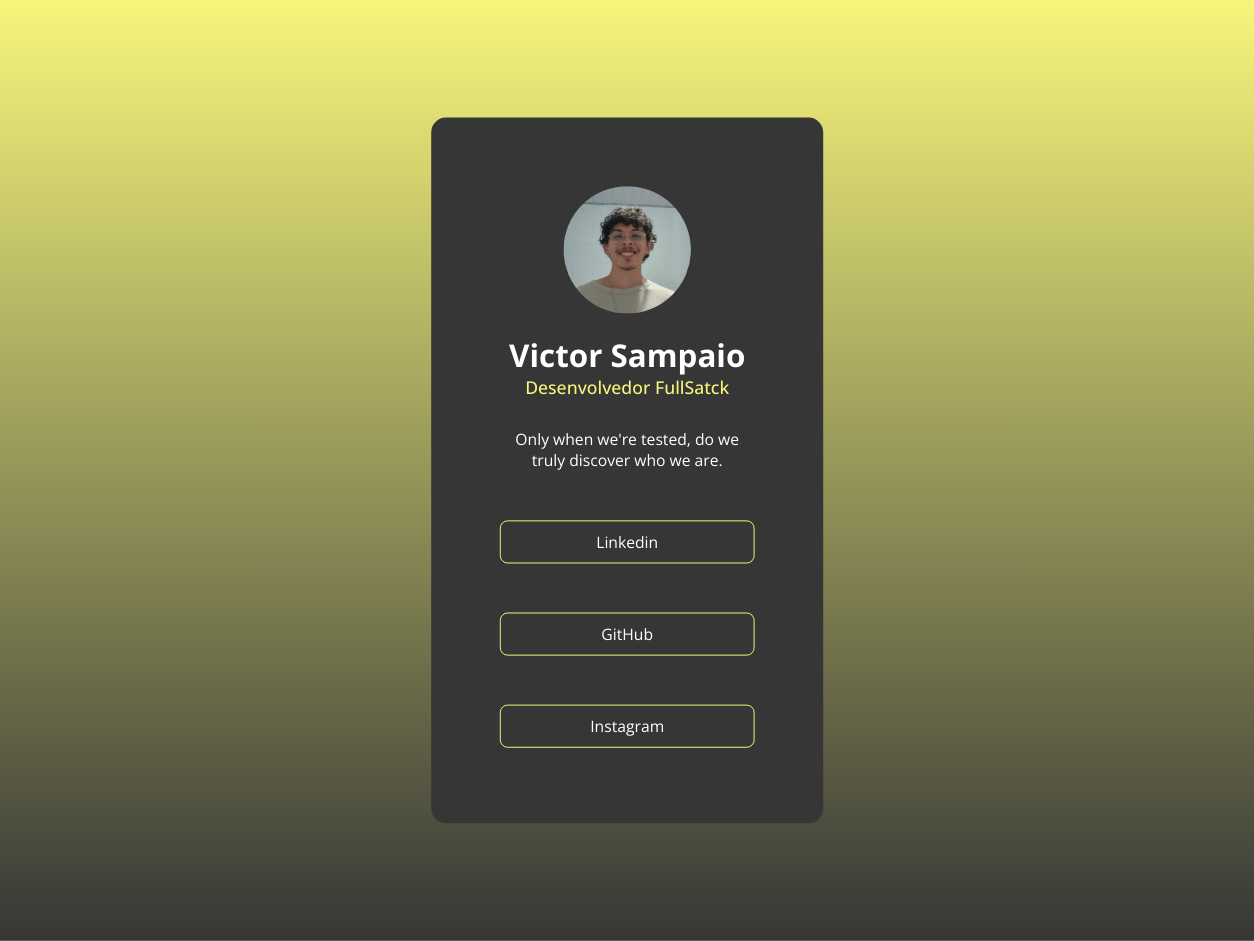
Repository: VictorSampaioDev/linkthree-gt9
Page: index.html
The author's editor kept a copy of each file at every save. The page is drawn from the files as they stood at one save, then again after the next save.
The browser window is 1280 px wide. The pictures show the whole page, at 98% of full size.

Above is the page before, as saved 2025-04-11 10:12:11.

After the next save:
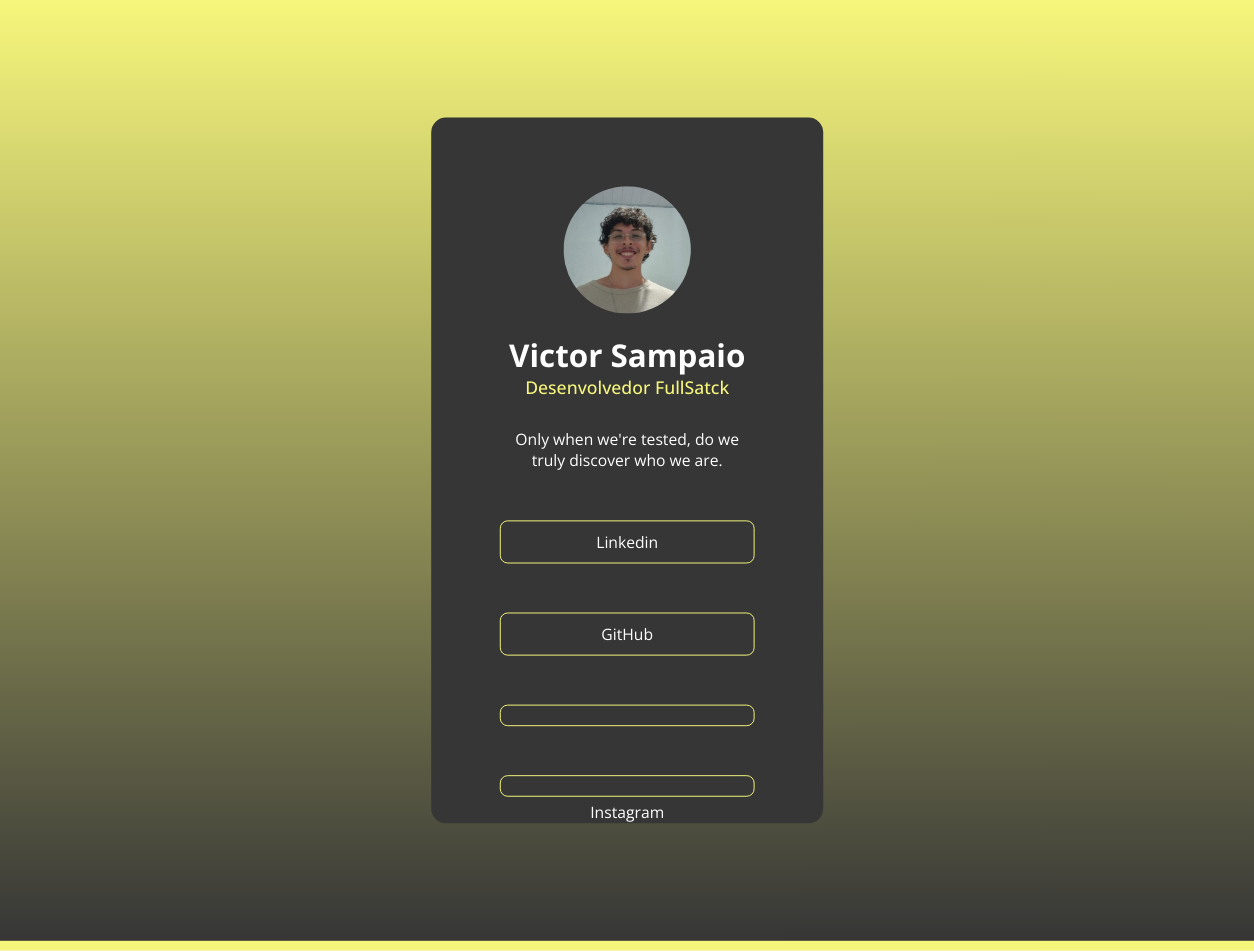
Saved 6 s later.
--- a/index.html
+++ b/index.html
@@ -38,7 +38,7 @@
                 </a>
             <li>
                 <a href="https://www.instagram.com/jovetorr" target="_blank">
-                    Instagram
+                   <li></li> Instagram
                 </a>
             </li>
         </ul>
